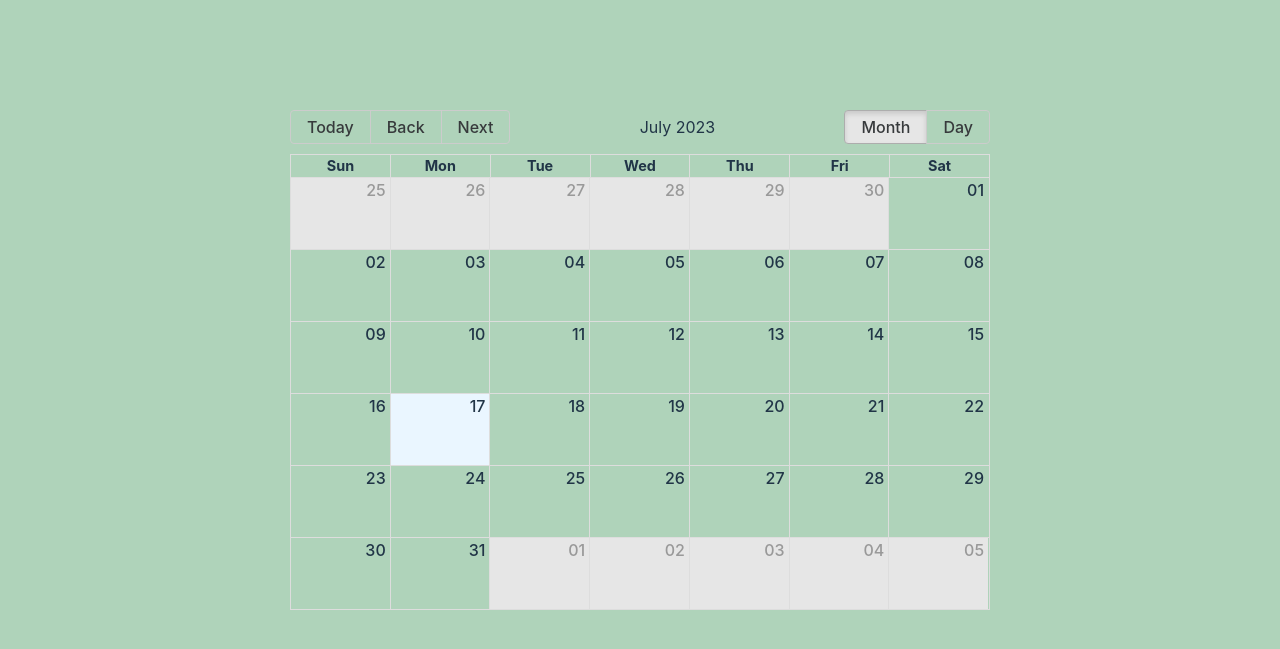
Repository: TetianaMishatkina/Calories-diary
Page: /
The author's editor kept a copy of each file at every save. The page is drawn from the files as they stood at one save, then again after the next save.
The browser window is 1280 px wide. The pictures show the whole page.
The project was rebuilt for these pictures with package versions that can differ from the ones it lists, and the page was loaded fresh each time. Also part of the build but not shown: vite.config.js, src/components/informationForm/styled.js, src/components/informationForm/index.jsx.

Above is the page before, as saved 2023-07-18 16:56:46.

### src/App.jsx
import { useState } from 'react'
import './App.css'
import { Main } from './pages/main'

function App() {

  return (
    <>

      <Main />

    </>
  )
}

export default App

### src/index.css
:root {
  font-family: Inter, system-ui, Avenir, Helvetica, Arial, sans-serif;
  line-height: 1.5;
  font-weight: 400;


  font-synthesis: none;
  text-rendering: optimizeLegibility;
  -webkit-font-smoothing: antialiased;
  -moz-osx-font-smoothing: grayscale;
  -webkit-text-size-adjust: 100%;
}

a {
  font-weight: 500;
  color: #646cff;
  text-decoration: inherit;
}

a:hover {
  color: #535bf2;
}

body {
  margin: 0;
  display: flex;
  place-items: center;
  min-width: 320px;
  min-height: 100vh;
  background-color: #afd3ba;
  ;
  ;
}

h1 {
  font-size: 3.2em;
  line-height: 1.1;
}

button {
  border-radius: 8px;
  border: 1px solid transparent;
  padding: 0.6em 1.2em;
  font-size: 1em;
  font-weight: 500;
  font-family: inherit;
  background-color: #1a1a1a;
  cursor: pointer;
  transition: border-color 0.25s;
}

button:hover {
  border-color: #646cff;
}

button:focus,
button:focus-visible {
  outline: 4px auto -webkit-focus-ring-color;
}

@media (prefers-color-scheme: light) {
  :root {
    color: #213547;
    background-color: #ffffff;
  }

  a:hover {
    color: #747bff;
  }

  button {
    background-color: #f9f9f9;
  }
}

### src/App.css
#root {
  max-width: 1280px;
  margin: 0 auto;
  padding: 2rem;
  text-align: center;
}

.logo {
  height: 6em;
  padding: 1.5em;
  will-change: filter;
  transition: filter 300ms;
}

.logo:hover {
  filter: drop-shadow(0 0 2em #646cffaa);
}

.logo.react:hover {
  filter: drop-shadow(0 0 2em #61dafbaa);
}

@keyframes logo-spin {
  from {
    transform: rotate(0deg);
  }

  to {
    transform: rotate(360deg);
  }
}

@media (prefers-reduced-motion: no-preference) {
  a:nth-of-type(2) .logo {
    animation: logo-spin infinite 20s linear;
  }
}

.card {
  padding: 2em;
}

.read-the-docs {}

### src/pages/main/index.jsx
import React from 'react';
import { MyCalendar } from '../../components/calendar';

export const Main = () => {
    return (
        <div>
            <MyCalendar />
        </div>
    )
}

### src/components/calendar/index.jsx
import React, { useState } from 'react'
import { momentLocalizer } from 'react-big-calendar'

import moment from 'moment'
import "react-big-calendar/lib/css/react-big-calendar.css";
import { StyledCalendar, StyledModal, StyledContentContainer } from "./styled"
import { InformationForm } from '../informationForm';


const localizer = momentLocalizer(moment)

export const MyCalendar = (props) => {
    const [open, setOpen] = useState(false);
    const [selectedDate, setSelectedDate] = useState(null);

    const handleSlotSelect = (slotInfo) => {
        setSelectedDate(slotInfo.start);
        setOpen(true);
    };

    const handleClose = () => {
        setOpen(false);
    }

    return (
        <StyledContentContainer>
            <StyledCalendar
                localizer={localizer}
                events={[]}
                startAccessor="start"
                endAccessor="end"
                style={{ height: 500, width: 700 }}
                views={['month', 'day']}
                onSelectSlot={handleSlotSelect}
                selectable
            />
            <StyledModal
                open={open}
                onClose={handleClose}>
                <InformationForm />
            </StyledModal>
        </StyledContentContainer>
    )
}

### src/components/calendar/styled.js
import styled from 'styled-components/macro'
import { Calendar } from 'react-big-calendar'
import { Modal } from "@material-ui/core";

export const StyledCalendar = styled(Calendar)`
cursor: pointer;
`

export const StyledModal = styled(Modal)`
width: 800px;
height: 700px;
margin: auto;
border:1px solid black;

`

export const StyledContentContainer = styled.div`


`

Loaded but not shown: index.html (common file); src/main.jsx (common file)

After the next save:
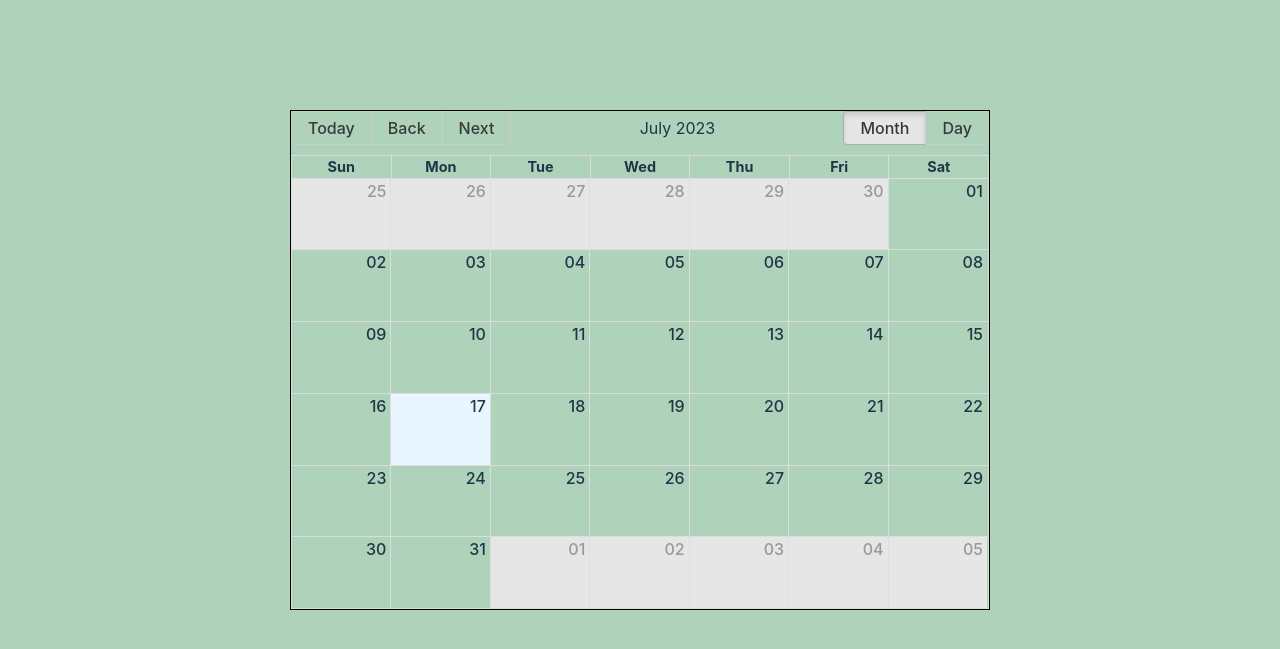
Saved 12 s later.
--- a/src/components/calendar/styled.js
+++ b/src/components/calendar/styled.js
@@ -4,13 +4,14 @@ import { Modal } from "@material-ui/core";
 
 export const StyledCalendar = styled(Calendar)`
 cursor: pointer;
+border:1px solid black;
 `
 
 export const StyledModal = styled(Modal)`
 width: 800px;
 height: 700px;
 margin: auto;
-border:1px solid black;
+
 
 `
 
